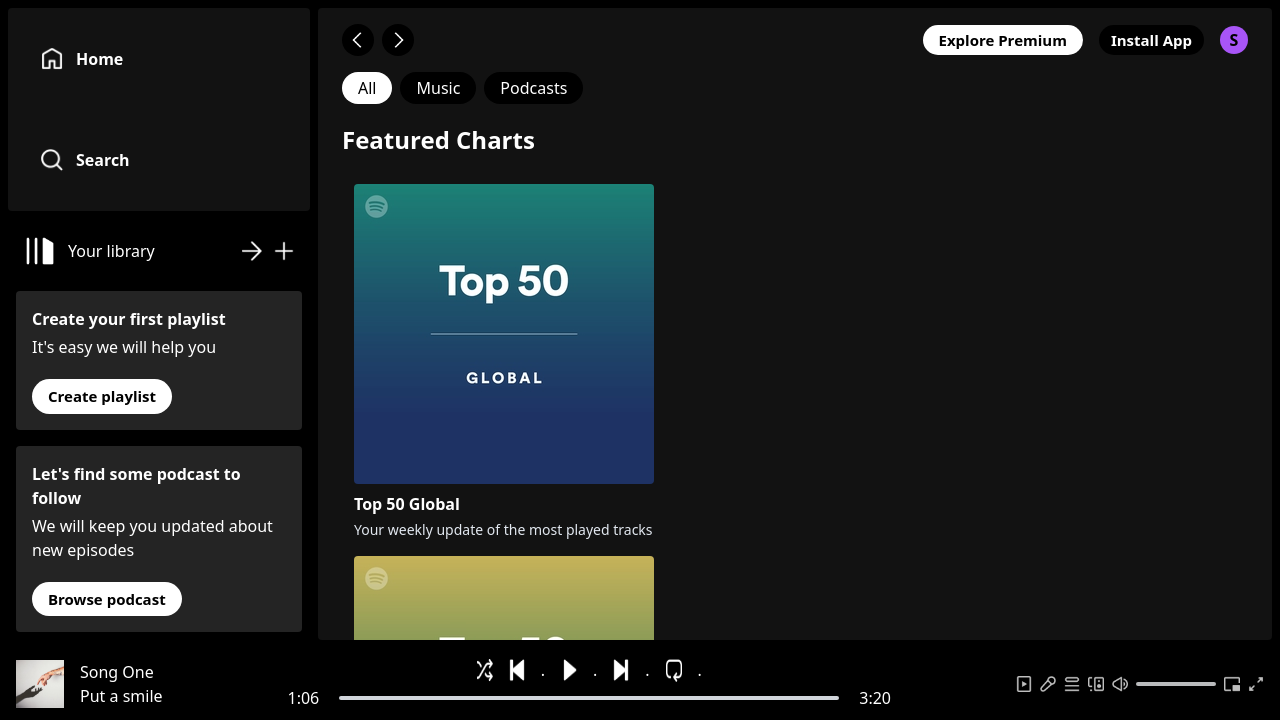
Repository: duttasayan835/Spotify_clone
Page: /
An editor plug-in stored every save of this project. The page is shown before and after the next save, followed by the edit.
The browser window is 1280 px wide. The pictures show the whole page.
An inner scrolling area shows only its first screen. The project was rebuilt for these pictures with package versions that can differ from the ones it lists, and the page was loaded fresh each time. Also part of the build but not shown: vite.config.js. Imported but missing from the stored project, and not drawn on this page: src/assets/song1.mp3, src/assets/song2.mp3, src/assets/song3.mp3.

Above is the page before, as saved 2024-08-09 23:43:51.

### src/main.jsx
import { StrictMode } from "react";
import { createRoot } from "react-dom/client";
import App from "./App.jsx";
import "./index.css";
// eslint-disable-next-line no-unused-vars
import { BrowserRouter } from "react-router-dom";

createRoot(document.getElementById("root")).render(
  <StrictMode>
    <BrowserRouter>
      <App />
    </BrowserRouter>
  </StrictMode>
);

### src/App.jsx
//<<<<<<< ⌬ Tabnine Instruct <<<<<<<
// eslint-disable-next-line no-unused-vars
import React from "react";
//>>>>>>> ⌬ Tabnine Instruct >>>>>>>
import Sidebar from "./Components/Sidebar";
import Player from "./Components/Player";
import Display from "./Components/Display";
const App = () => {
  return (
    <div className="h-screen bg-black">
      <div className="h-[90%] flex">
        <Sidebar />
        <Display />
      </div>
      <Player />
    </div>
  );
};

export default App;

### src/Components/Sidebar.jsx
// eslint-disable-next-line no-unused-vars
import React from "react";
import { assets } from "../assets/assets";
import { useNavigate } from "react-router-dom";
const sidebar = () => {
  const navigate = useNavigate();
  return (
    <div className="w-[25%] h-full p-2 flex-col gap-2 text-white hidden lg:flex ">
      <div className="bg-[#121212] h-[50%] rounded flex flex-col justify-around">
        <div
          onClick={() => navigate("/")}
          className="flex items-center gap-3 pl-8 cursor-pointer"
        >
          <img className="w-6" src={assets.home_icon} alt="" />
          <p className="font-bold ">Home</p>
        </div>
        <div className="flex items-center gap-3 pl-8 cursor-pointer">
          <img className="w-6" src={assets.search_icon} alt="" />
          <p className="font-bold ">Search</p>
        </div>
      </div>
      <div className="bg-[#121212 h-[85%] rounded">
        <div className="flex items-center justify-between p-4">
          <div className="flex items-center gap-3">
            <img className="w-8 " src={assets.stack_icon} alt="" />
            <p className="font">Your library</p>
          </div>
          <div className="flex items-center gap-3">
            <img className="w-5" src={assets.arrow_icon} alt="" />
            <img className="w-5" src={assets.plus_icon} alt="" />
          </div>
        </div>
        <div className="p-4 bg-[#242424] m-2 rounded font-semibold flex flex-col items-start justify-start gap-1 pl-4 ">
          <h1>Create your first playlist</h1>
          <p className="font-light">It's easy we will help you</p>
          <button className="px-4 py-1.5 bg-white text-[15px] text-black rounded-full mt-4">
            Create playlist
          </button>
        </div>
        <div className="p-4 bg-[#242424] m-2 rounded font-semibold flex flex-col items-start justify-start gap-1 pl-4 mt-4">
          <h1>Let's find some podcast to follow</h1>
          <p className="font-light">
            We will keep you updated about new episodes
          </p>
          <button className="px-4 py-1.5 bg-white text-[15px] text-black rounded-full mt-4">
            Browse podcast
          </button>
        </div>
      </div>
    </div>
  );
};

export default sidebar;

### src/Components/Player.jsx
// eslint-disable-next-line no-unused-vars
import React from "react";
import { assets, songsData } from "../assets/assets";

const Player = () => {
  return (
    <div className="h-[10%] bg-black flex justify-between items-center text-white px-4 ">
      <div className="hidden gap-4 lg:flex item-center ">
        <img className="w-12" src={songsData[0].image} alt="" />
        <div>
          <p>{songsData[0].name}</p>
          <p>{songsData[0].desc.slice(0, 12)}</p>
        </div>
      </div>
      <div className="flex flex-col items-center gap-1 m-auto">
        <div className="flex gap-4">
          <img
            className="w-4 cursor-pointer"
            src={assets.shuffle_icon}
            alt=""
          />
          <img className="w-4 cursor-pointer" src={assets.prev_icon} alt="" />.
          <img className="w-4 cursor-pointer" src={assets.play_icon} alt="" />.
          <img className="w-4 cursor-pointer" src={assets.next_icon} alt="" />.
          <img className="w-4 cursor-pointer" src={assets.loop_icon} alt="" />.
        </div>
        <div className="flex items-center gap-5">
          <p>1:06</p>
          <div className="w-[60vw] max-w-[500px] bg-gray-300 rounded-full cursor-pointer">
            <hr className="w-0 h-1 bg-green-800 border-none rounded-full " />
          </div>
          <p>3:20</p>
        </div>
      </div>
      <div className="items-center hidden gap-2 opacity-75 lg:flex">
        <img className="w-4" src={assets.plays_icon} alt="" />
        <img className="w-4" src={assets.mic_icon} alt="" />
        <img className="w-4" src={assets.queue_icon} alt="" />
        <img className="w-4" src={assets.speaker_icon} alt="" />
        <img className="w-4" src={assets.volume_icon} alt="" />
        <div className="w-20 h-1 rounded bg-slate-50"></div>
        <img className="w-4" src={assets.mini_player_icon} alt="" />
        <img className="w-4" src={assets.zoom_icon} alt="" />
      </div>
    </div>
  );
};

export default Player;

### src/Components/Display.jsx
// eslint-disable-next-line no-unused-vars
import React from "react";
import { Route, Routes } from "react-router-dom";
import DisplayHome from "./DisplayHome";

const Display = () => {
  return (
    <div className="w-[100%] m-2 px-6 pt-4 rounded bg-[#121212] text-white overflow-auto lg:w-[75%] lg:ml-0">
      <Routes>
        <Route path="/" element={<DisplayHome />} />
      </Routes>
    </div>
  );
};

export default Display;

### src/assets/assets.js
import bell_icon from "./bell.png";
import home_icon from "./home.png";
import like_icon from "./like.png";
import loop_icon from "./loop.png";
import mic_icon from "./mic.png";
import next_icon from "./next.png";
import play_icon from "./play.png";
import pause_icon from "./pause.png";
import plays_icon from "./plays.png";
import prev_icon from "./prev.png";
import search_icon from "./search.png";
import shuffle_icon from "./shuffle.png";
import speaker_icon from "./speaker.png";
import stack_icon from "./stack.png";
import zoom_icon from "./zoom.png";
import plus_icon from "./plus.png";
import arrow_icon from "./arrow.png";
import mini_player_icon from "./mini-player.png";
import queue_icon from "./queue.png";
import volume_icon from "./volume.png";
import arrow_right from "./right_arrow.png";
import arrow_left from "./left_arrow.png";
import spotify_logo from "./spotify_logo.png";
import clock_icon from "./clock_icon.png";
import img1 from "./img1.jpg";
import img2 from "./img2.jpg";
import img3 from "./img3.jpg";
import img4 from "./img4.jpg";
import img5 from "./img5.jpg";
// eslint-disable-next-line no-unused-vars
import img6 from "./img6.jpg";
import img7 from "./img7.jpg";
import img8 from "./img8.jpg";
import img9 from "./img9.jpg";
import img10 from "./img10.jpg";
import img11 from "./img11.jpg";
import img12 from "./img12.jpg";
// eslint-disable-next-line no-unused-vars
import img13 from "./img13.jpg";
import img14 from "./img14.jpg";
import img15 from "./img15.jpg";
import img16 from "./img16.jpg";
import song1 from "./song1.mp3";
import song2 from "./song2.mp3";
import song3 from "./song3.mp3";

export const assets = {
  bell_icon,
  home_icon,
  like_icon,
  loop_icon,
  mic_icon,
  next_icon,
  play_icon,
  plays_icon,
  prev_icon,
  search_icon,
  shuffle_icon,
  speaker_icon,
  stack_icon,
  zoom_icon,
  plus_icon,
  arrow_icon,
  mini_player_icon,
  volume_icon,
  queue_icon,
  pause_icon,
  arrow_left,
  arrow_right,
  spotify_logo,
  clock_icon,
};

export const albumsData = [
  {
    id: 0,
    name: "Top 50 Global",
    image: img8,
    desc: "Your weekly update of the most played tracks",
    bgColor: "#2a4365",
  },
  {
    id: 1,
    name: "Top 50 India",
    image: img9,
    desc: "Your weekly update of the most played tracks",
    bgColor: "#22543d",
  },
  {
    id: 2,
    name: "Trending India",
    image: img10,
    desc: "Your weekly update of the most played tracks",
    bgColor: "#742a2a",
  },
  {
    id: 3,
    name: "Trending Global",
    image: img16,
    desc: "Your weekly update of the most played tracks",
    bgColor: "#44337a",
  },
  {
    id: 4,
    name: "Mega Hits,",
    image: img11,
    desc: "Your weekly update of the most played tracks",
    bgColor: "#234e52",
  },
  {
    id: 5,
    name: "Happy Favorites",
    image: img15,
    desc: "Your weekly update of the most played tracks",
    bgColor: "#744210",
  },
];

export const songsData = [
  {
    id: 0,
    name: "Song One",
    image: img1,
    file: song1,
    desc: "Put a smile on your face with these happy tunes",
    duration: "3:00",
  },
  {
    id: 1,
    name: "Song Two",
    image: img2,
    file: song2,
    desc: "Put a smile on your face with these happy tunes",
    duration: "2:20",
  },
  {
    id: 2,
    name: "Song Three",
    image: img3,
    file: song3,
    desc: "Put a smile on your face with these happy tunes",
    duration: "2:32",
  },
  {
    id: 3,
    name: "Song Four",
    image: img4,
    file: song1,
    desc: "Put a smile on your face with these happy tunes",
    duration: "2:50",
  },
  {
    id: 4,
    name: "Song Five",
    image: img5,
    file: song2,
    desc: "Put a smile on your face with these happy tunes",
    duration: "3:10",
  },
  {
    id: 5,
    name: "Song Six",
    image: img14,
    file: song3,
    desc: "Put a smile on your face with these happy tunes",
    duration: "2:45",
  },
  {
    id: 6,
    name: "Song Seven",
    image: img7,
    file: song1,
    desc: "Put a smile on your face with these happy tunes",
    duration: "2:18",
  },
  {
    id: 7,
    name: "Song Eight",
    image: img12,
    file: song2,
    desc: "Put a smile on your face with these happy tunes",
    duration: "2:35",
  },
];

### src/Components/DisplayHome.jsx
// eslint-disable-next-line no-unused-vars
import React from "react";
import Navbar from "./Navbar";
import { albumsData } from "../assets/assets";
import AlbumItem from "./AlbumItem";
const DisplayHome = () => {
  return (
    <>
      <Navbar />
      <div className="mb-4">
        <h1 className="my-5 text-2xl font-bold ">Featured Charts</h1>
        <div className="flex overflow-auto"></div>
        {albumsData.map((item, index) => (
          <AlbumItem
            key={index}
            name={item.name}
            desc={item.desc}
            id={item.id}
            image={item.image}
          />
        ))}
      </div>
    </>
  );
};

export default DisplayHome;

### src/Components/Navbar.jsx
// eslint-disable-next-line no-unused-vars
import React from "react";
import { assets } from "../assets/assets";
const Navbar = () => {
  return (
    <>
      <div className="flex items-center justify-between w-full font-semibold">
        <div className="flex items-center gap-2">
          <img
            className="w-8 p-2 bg-black cursor-pointer rounded-2xl"
            src={assets.arrow_left}
            alt=""
          />
          <img
            className="w-8 p-2 bg-black cursor-pointer rounded-2xl"
            src={assets.arrow_right}
            alt=""
          />
        </div>
        <div className="flex items-center gap-4">
          <p className="bg-white text-black text-[15px] px-4 py-1 rounded-2xl hidden md:block cursor-pointer">
            Explore Premium
          </p>
          <p className="bg-black py-1 px-3 rounded-2xl text-[15px] cursor-pointer ">
            Install App
          </p>
          <p className="flex items-center justify-center text-black bg-purple-500 rounded-full w-7 h-7">
            S
          </p>
        </div>
      </div>
      <div className="flex items-center gap-2 mt-4">
        <p className="px-4 py-1 text-black bg-white cursor-pointer rounded-2xl">
          All
        </p>
        <p className="px-4 py-1 bg-black cursor-pointer rounded-2xl">Music</p>
        <p className="px-4 py-1 bg-black cursor-pointer rounded-2xl ">
          Podcasts
        </p>
      </div>
    </>
  );
};

export default Navbar;

### src/Components/AlbumItem.jsx
// eslint-disable-next-line no-unused-vars
import React from "react";

const AlbumItem = ({ image, name, desc, id }) => {
  return (
    <div className="min-w-[180px] p-2 px-3 rounded cursor-pointer hover:bg[#ffffff26">
      <img className="rounded" src={image} alt="" />
      <p className="mt-2 mb-1 font-bold ">{name}</p>
      <p className="text-sm text-slate-200">{desc}</p>
    </div>
  );
};

export default AlbumItem;

Loaded but not shown: src/index.css (common file); tailwind.config.js (common file)

After the next save:
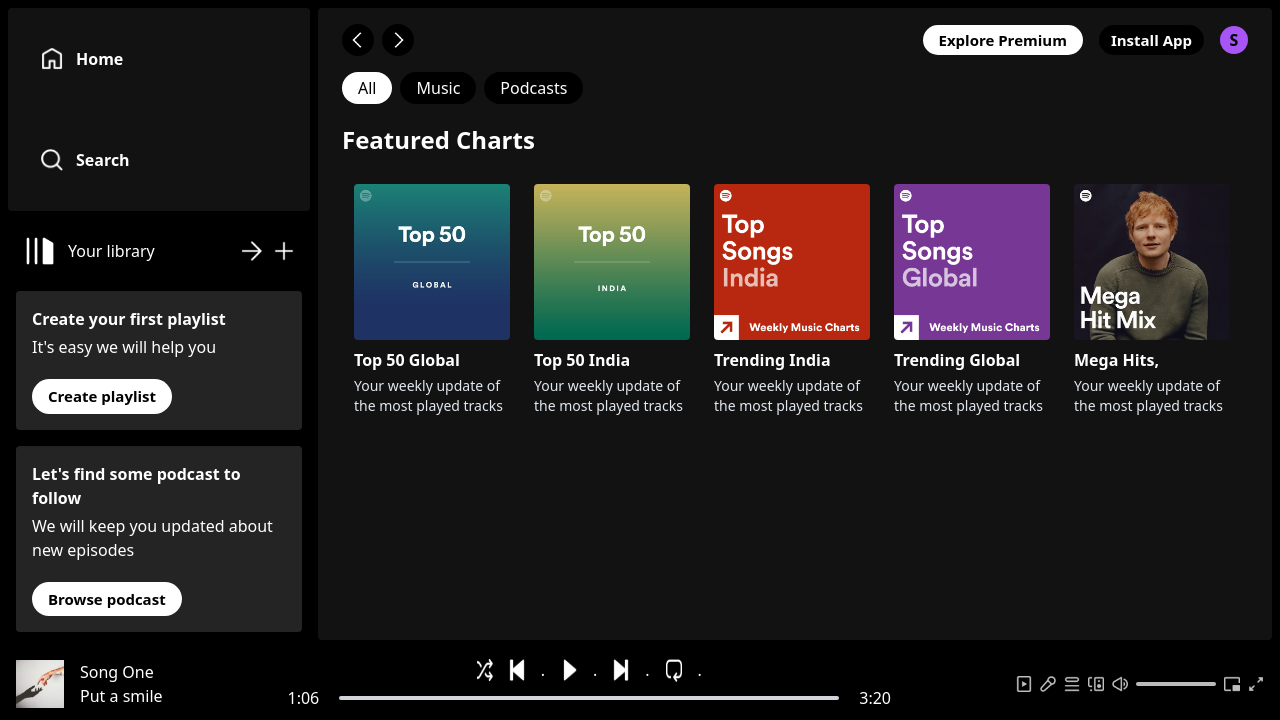
Saved 28 s later.
--- a/src/Components/DisplayHome.jsx
+++ b/src/Components/DisplayHome.jsx
@@ -9,16 +9,17 @@
       <Navbar />
       <div className="mb-4">
         <h1 className="my-5 text-2xl font-bold ">Featured Charts</h1>
-        <div className="flex overflow-auto"></div>
-        {albumsData.map((item, index) => (
-          <AlbumItem
-            key={index}
-            name={item.name}
-            desc={item.desc}
-            id={item.id}
-            image={item.image}
-          />
-        ))}
+        <div className="flex overflow-auto">
+          {albumsData.map((item, index) => (
+            <AlbumItem
+              key={index}
+              name={item.name}
+              desc={item.desc}
+              id={item.id}
+              image={item.image}
+            />
+          ))}
+        </div>
       </div>
     </>
   );
